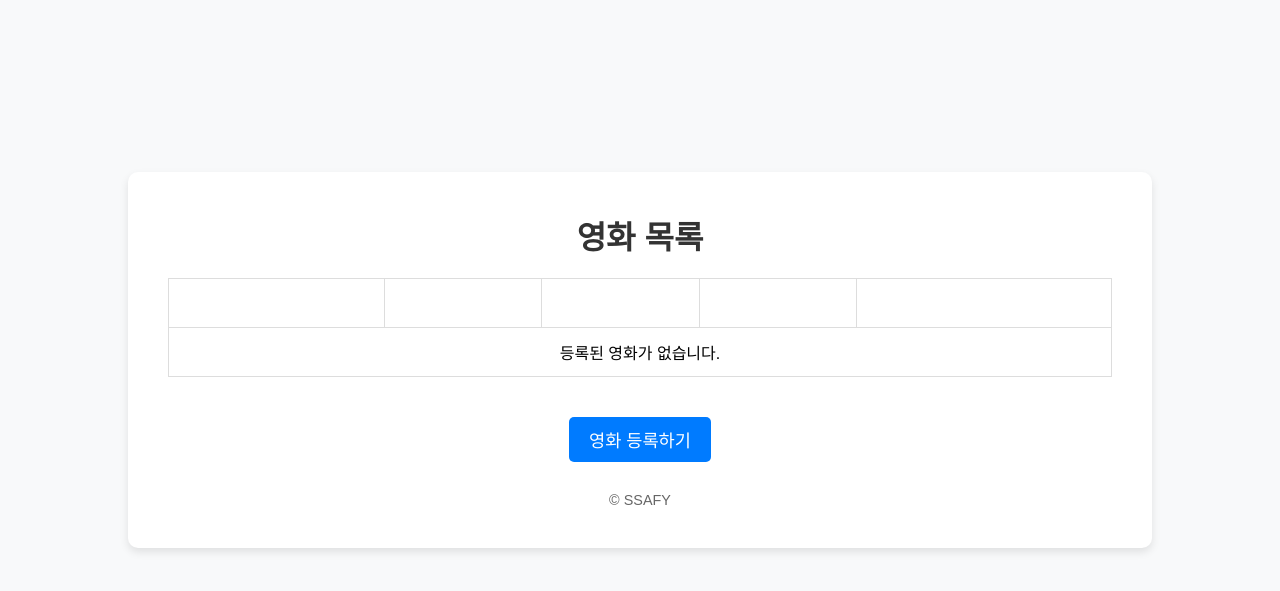
Repository: s00ngle/SSAFY-BE
Page: http://localhost/back_db_ws_10_2/list.jsp
An editor plug-in stored every save of this project. The page is shown before and after a run of saves, followed by the edit.
The browser window is 1280 px wide. The pictures show the whole page.
The page is served by Tomcat 10. The template is opened directly, without the code that normally fills it, so the values that code supplies are empty.

Above is the page before, as saved 2024-09-25 05:45:29.

After the next 2 saves:
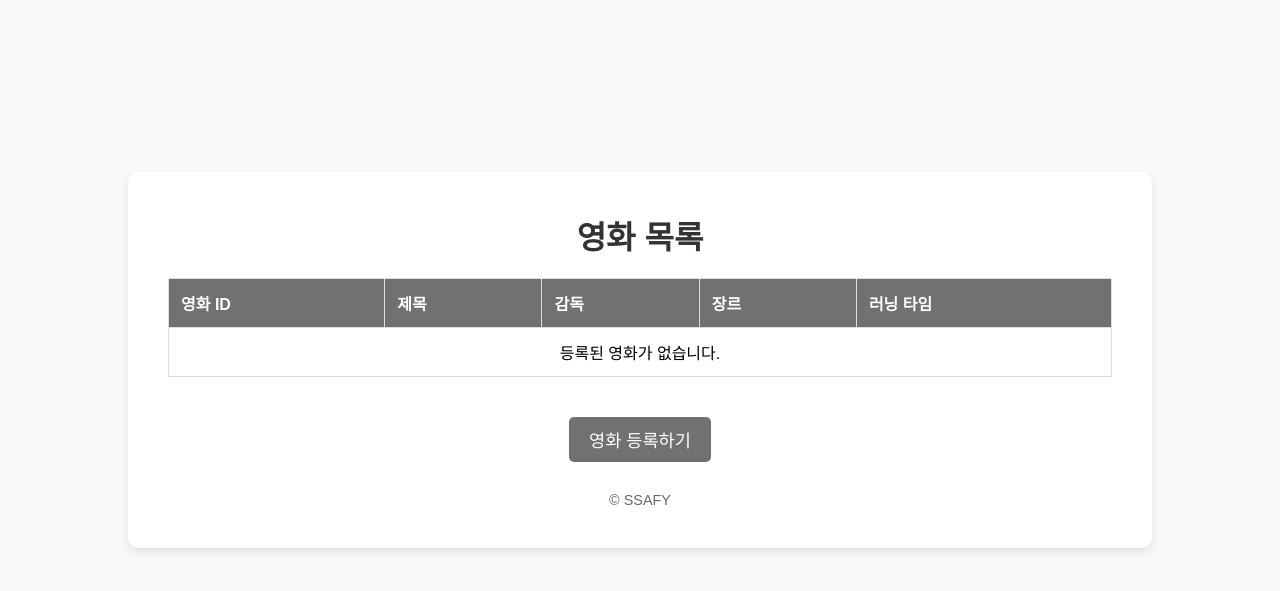
The 2 saves are shown as one change because they came seconds apart.
The last was saved 8 s later.
--- a/back_db_ws_10_2/src/main/webapp/list.jsp
+++ b/back_db_ws_10_2/src/main/webapp/list.jsp
@@ -51,7 +51,7 @@
             text-align: left;
         }
         th {
-            background-color: ##717171;
+            background-color: #717171;
             color: white;
         }
         tr:nth-child(even) {
@@ -64,7 +64,7 @@
             display: inline-block;
             text-decoration: none;
             padding: 10px 20px;
-            background-color: #007BFF;
+            background-color: #717171;
             color: #fff;
             border-radius: 5px;
             font-size: 1.1em;
